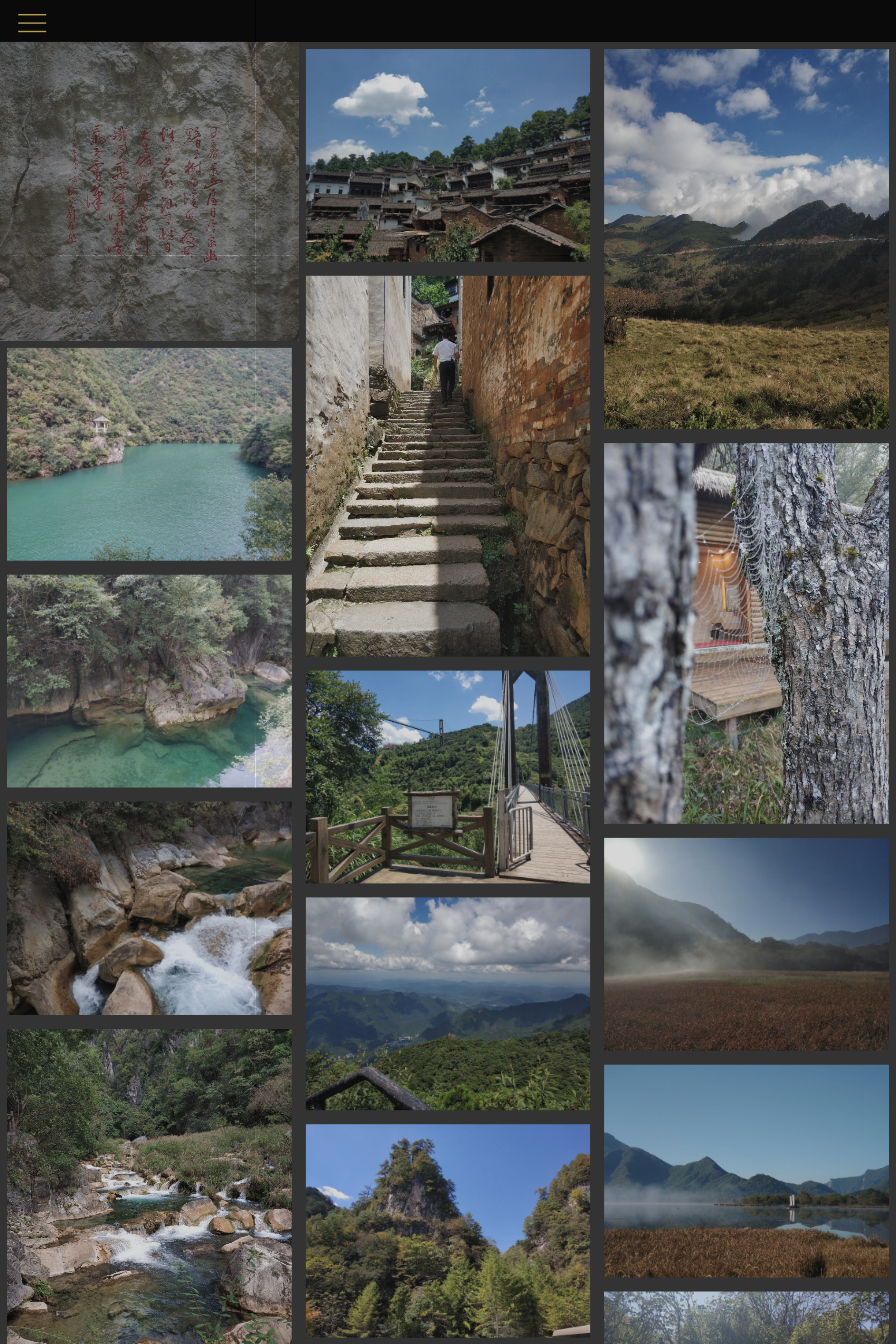
Repository: ustc-hzy/ziYang
Page: album.html
These files come from the project's save history. The page is drawn as it stood at one moment and after the next save; the edit follows.
The browser window is 1280 px wide. The pictures show the part of the page from y = 0 to 1920 px (the page is 2723 px tall), at 70% of full size.
The pointer rests on the first visible `.wuyuan .item img`.

Above is the page before, as saved 2020-06-18 22:38:21.

### album.html
<!DOCTYPE html>
<html lang="en">
<head>
    <meta charset="UTF-8">
    <meta name="viewport" content="width=device-width, initial-scale=1.0">
    <link rel="stylesheet" href="css/style.css" type="text/css">
    <link rel="stylesheet" href="css/album.css" type="text/css">
    <title>旅行相册</title>
</head>
<body>
    <header>
        <!-- 主体内容 -->
        <div class="inner">
            <!-- 用于控制菜单栏开关 -->
            <input type="checkbox" id="ham">
            <!-- 菜单栏icon -->
            <label for="ham">
                <div class="hamburger-container">
                    <span></span>
                    <span></span>
                    <span></span>
                </div>
            </label>
            <!-- 菜单栏各项 -->
            <nav>
                <ul>
                    <li><a href="index.html">网站首页</a></li>
                    <li><a href="resume.html">个人简历</a></li>
                    <li><a href="album.html">旅行相册</a></li>
                    <li><a href="asset.html">PS作品集</a></li>
                    <li><a href="episode.html">剧集收藏</a></li>
                </ul>
            </nav>
            <!-- 打开菜单栏的遮罩 -->
            <div class="mask"></div>
        </div>
        <div class="content-container">
            <div class="wuyuan">
                <div class="item">
                    <img src="img/wuyuan/1.jpg" >
                </div>
                <div class="item">
                    <img src="img/wuyuan/2.jpg" >
                </div>
                <div class="item">
                    <img src="img/wuyuan/3.jpg" >
                </div>
                <div class="item">
                    <img src="img/wuyuan/4.jpg" >
                </div>
                <div class="item">
                    <img src="img/wuyuan/5.jpg" >
                </div>
                <div class="item">
                    <img src="img/wuyuan/6.jpg" >
                </div>
            </div>
            <div class="shangrao">
                <div class="item">
                    <img src="img/shangrao/1.jpg" >
                </div>
                <div class="item">
                    <img src="img/shangrao/2.jpg" >
                </div>
                <div class="item">
                    <img src="img/shangrao/3.jpg" >
                </div>
                <div class="item">
                    <img src="img/shangrao/4.jpg" >
                </div>
            </div>
            <div class="shennongjia">
                <div class="item">
                    <img src="img/shennongjia/1.jpg" >
                </div>
                <div class="item">
                    <img src="img/shennongjia/2.jpg" >
                </div>
                <div class="item">
                    <img src="img/shennongjia/3.jpg" >
                </div>
                <div class="item">
                    <img src="img/shennongjia/4.jpg" >
                </div>
                <div class="item">
                    <img src="img/shennongjia/5.jpg" >
                </div>
                <div class="item">
                    <img src="img/shennongjia/6.jpg" >
                </div>
                <div class="item">
                    <img src="img/shennongjia/7.jpg" >
                </div>
                <div class="item">
                    <img src="img/shennongjia/8.jpg" >
                </div>
            </div>
        </div>
    </header>
</body>
</html>

### css/style.css
/* 导航栏背景 */
header{
    height: 60px;
    background-color: #000000;
    opacity: 0.8;
}
/* 导航栏内部 */
.inner{
    width: 96%;
    margin: auto;
}
/* 用于开关的checkbox */
#ham{
    display: none;
}
/* 当chexkbox选中时，改变第一条线 */
#ham:checked + label .hamburger-container span:nth-child(1){
    transform: rotate(45deg);
    top: 11px;
    transition: transform .3s ease-in-out, top .3s ease-in-out 3s;
}
/* 当chexkbox选中时，第二条线消失 */
#ham:checked + label .hamburger-container span:nth-child(2){
    opacity: 0;
}
/* 当chexkbox选中时，改变第三条线 */
#ham:checked + label .hamburger-container span:nth-child(3){
    transform: rotate(-45deg);
    top: -11px;
    transition: transform .3s ease-in-out, top .3s ease-in-out 3s;
}
/* 导航栏icon的第二天横线 */
.hamburger-container span:nth-child(2){
    margin-top: 10px;
    transition: opacity .1s ease-in-out .1s;
}
/* 导航栏icon的第三天横线 */
.hamburger-container span:nth-child(3){
    margin-top: 10px;
}
/* 导航栏icon */
.hamburger-container{
    display: block;
    width: 40px;
    height: 40px;
    position: relative;
    top: 20px;
    z-index: 100;
}
/* 导航栏icon的横线 */
.hamburger-container span{
    display: block;
    height: 2px;
    background-color: #dbba53;
    position: relative;
    transition: transform .3s ease-in-out, top .3s ease-in-out .3s;
}
/* 菜单栏子项总的效果 */
nav{
    position: absolute;
    z-index: 100;
    color: #fff;
    top: 50px;
    transform: scaleY(0); /* 垂直方向缩小到0，即关闭 */
    transition: all .3s ease-in-out;
    transform-origin: 50% 0; /* 将中心点移到顶部 */
    opacity: 0; /* 渐入渐出效果 */
}
/* 当chexkbox选中时，展示nav */
#ham:checked ~ nav{
    transform: scaleY(1); /* 垂直方向扩大到1，即打开 */
    opacity: 1;
    transition: all .3s ease-in-out;
}
/* 导航栏的遮罩 */
.mask {
    width: 100vw;
    height: 100vh;
    position: fixed;
    top: 0;
    left: 0;
    background: #000000;
    opacity: 0;
    z-index: 10; /* 防止遮住要显示的部分 */
    transform: scaleY(0);
    transform-origin: 50% 0;
    transition: all .3s ease-in-out;
}
/* 当chexkbox选中时，打开遮罩 */
#ham:checked ~ .mask{
    opacity: 0.9;
    transform: scaleY(1);
    transition: all .3s ease-in-out;
}
nav ul{
    position: relative;
    right: 40px;
    margin-top: 2em;
    list-style-type:none;
    font-size: 35px;
}
nav ul li{
    margin-top: 1em;
}
nav ul li:hover{
    transform: scale(1.2, 1.2); /* transform从元素中心开始变化，不会影响到其他元素 */
}
nav ul li a:hover{
    color: #dbba53;
}
/* 导航栏菜单项 */
nav a{
    text-decoration: none;
    color: #ffffff;
}
/* 居中姓名框 */
.name-container{
    position: absolute;
    top: 50%;
    left: 50%;
    transform: translate(-50%,-50%);
    z-index: 1;
    background-color: rgba(0,0,0,0.3); /* 此处使用opacity会让文字也变透明 */
    box-shadow: 0 5px 20px rgba(26,26,26,0.5);
}
/* 居中姓名 */
.mid-name{
    color: #fff;
    font-size: 50px;
    border: 8px solid #fff;
    padding: 40px;
    text-align: center;
}
/* 居中学号 */
.mid-name .id{
    margin-top: 10px;
    font-size: 40px;
}

### css/album.css
/* 背景图片 */
body {
    height: 100vh;
    width: 100vw;
    margin: 0 auto;
    padding: 0 0 ;
    background-color: #333333;
    /* background-image: url(../img/user_bg.jpg);
    background-repeat: no-repeat;
    background-size: cover;  */
    overflow: auto;
}
/* 主题内容框 */
.content-container{
    width: 100vw;
    column-count: 3;
    column-gap: 0;
    position: relative;
    top: 20px;
}
.item{
    padding: 10px;
    position: relative;
}
.item img{
    display: block;
    width: 100%;
    height: auto;
    z-index: 1;
}
.item img:hover{
    transform: scale(1.05, 1.05);
    opacity: 0.5;
}
.wuyuan .item::after{
    position: absolute;
    display: block;
    top: 50%;
    transform: translateY(-50%);
    width: 100%;
    opacity: 0;
    font-size: 100px;
    text-align: center;
    color: #ffffff;
    content: "婺源";
}
.wuyuan .item img:hover::after{
    opacity: 1;
}

After the next save:
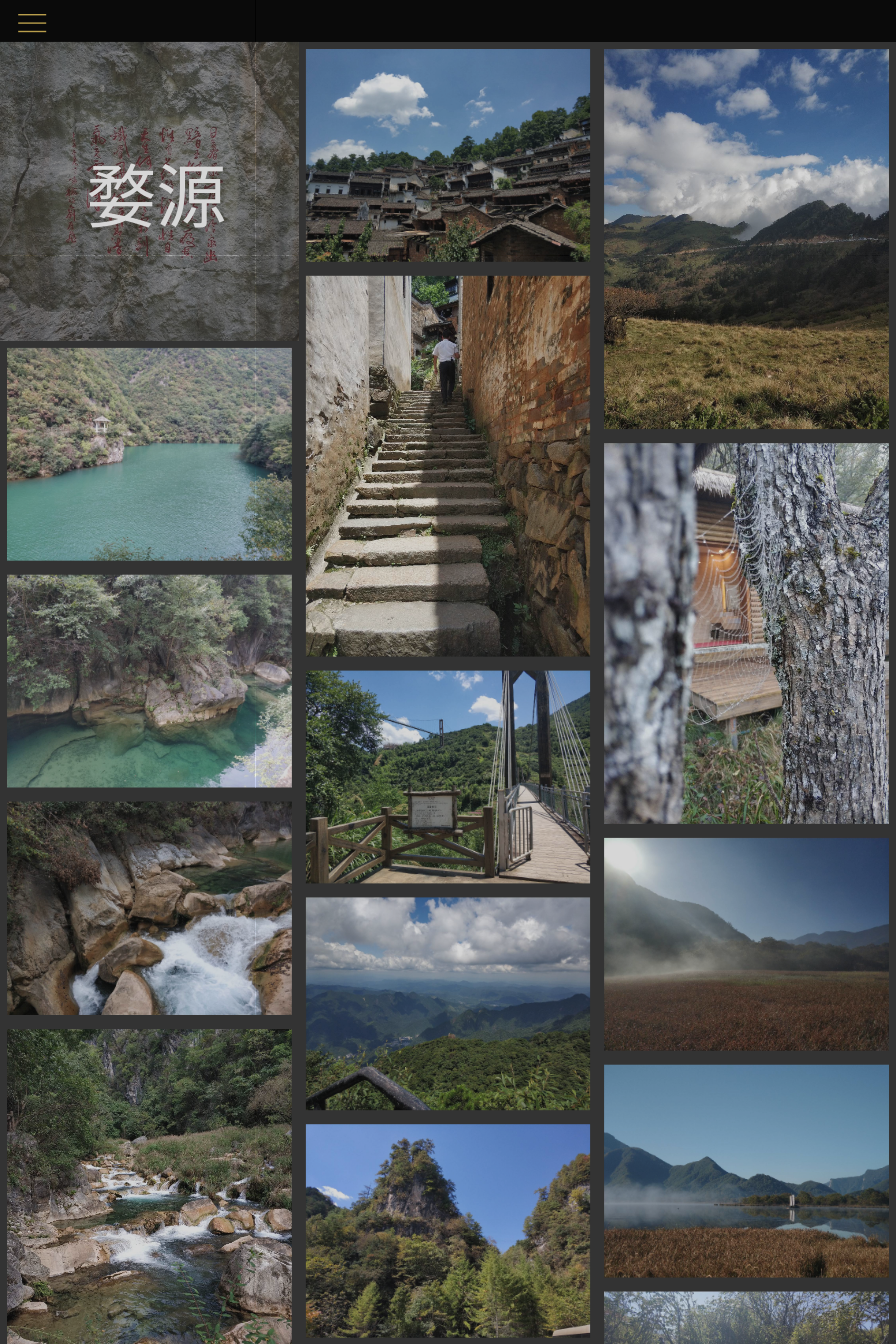
Saved 25 s later.
--- a/css/album.css
+++ b/css/album.css
@@ -44,6 +44,6 @@ body {
     color: #ffffff;
     content: "婺源";
 }
-.wuyuan .item img:hover::after{
+.wuyuan .item:hover::after{
     opacity: 1;
 }
